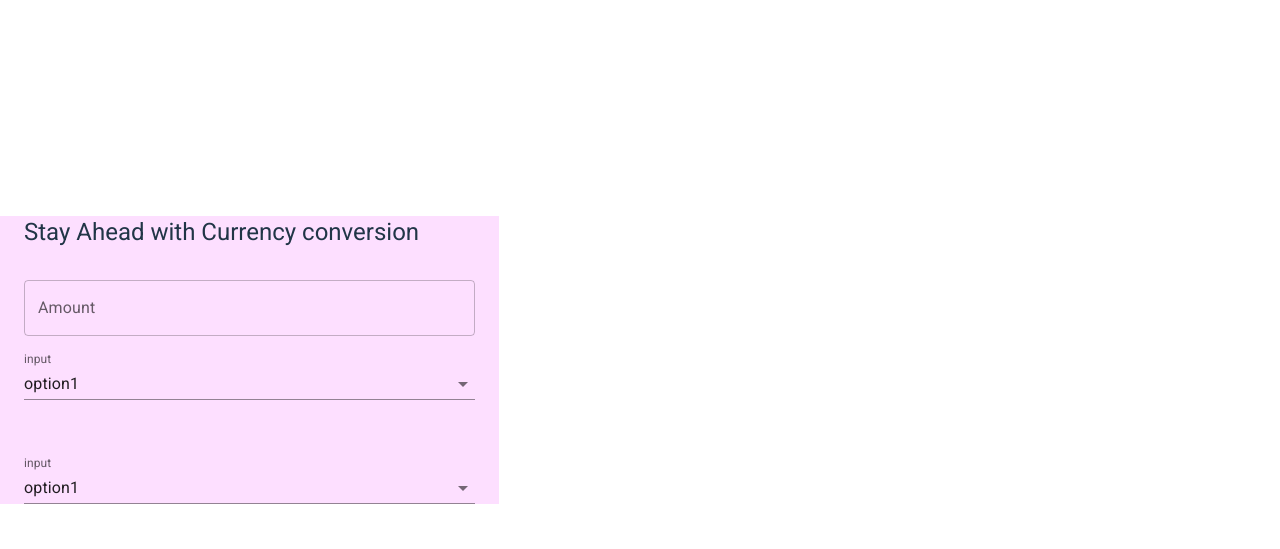
Repository: Asad-devv/CURRENCY
Page: /
These files come from the project's save history. The page is drawn as it stood at one moment and after the next save; the edit follows.
The browser window is 1280 px wide. The pictures show the whole page.
The project was rebuilt for these pictures with package versions that can differ from the ones it lists, and the page was loaded fresh each time. Also part of the build but not shown: craco.config.js.

Above is the page before, as saved 2023-03-01 22:21:36.

After the next save:
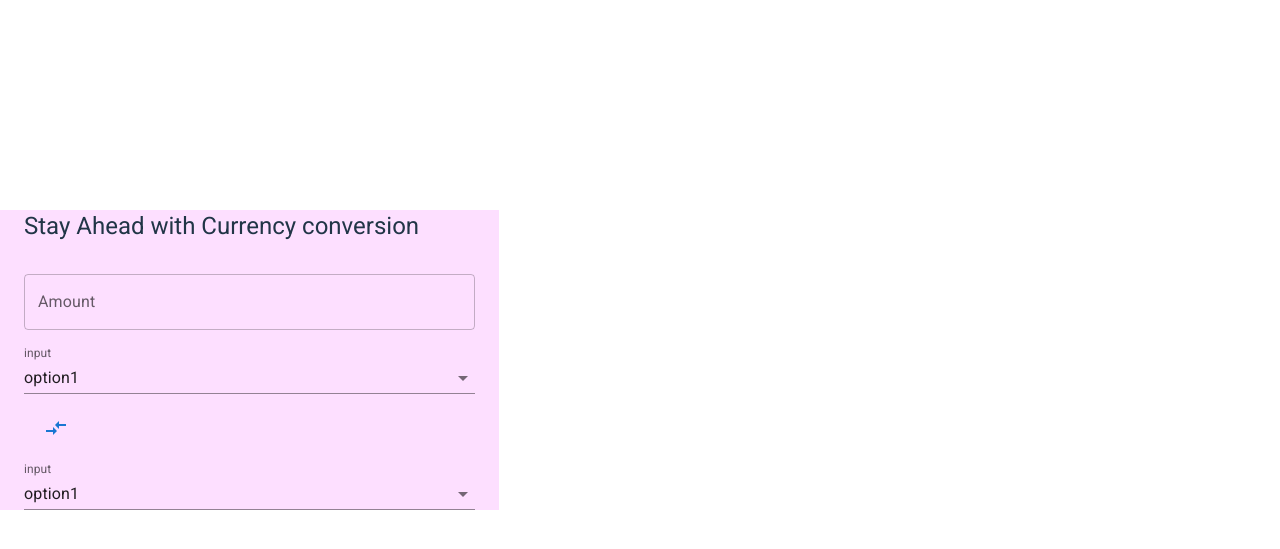
Saved 18 s later.
--- a/src/components/SwitchCurrency.jsx
+++ b/src/components/SwitchCurrency.jsx
@@ -5,7 +5,7 @@ import CompareArrowsIcon from '@mui/icons-material/CompareArrows';
 const SwitchCurrency = () => {
   return (
     <Grid item>
-    <Button></Button>
+    <Button><CompareArrowsIcon/></Button>
   </Grid>
   )
 }
